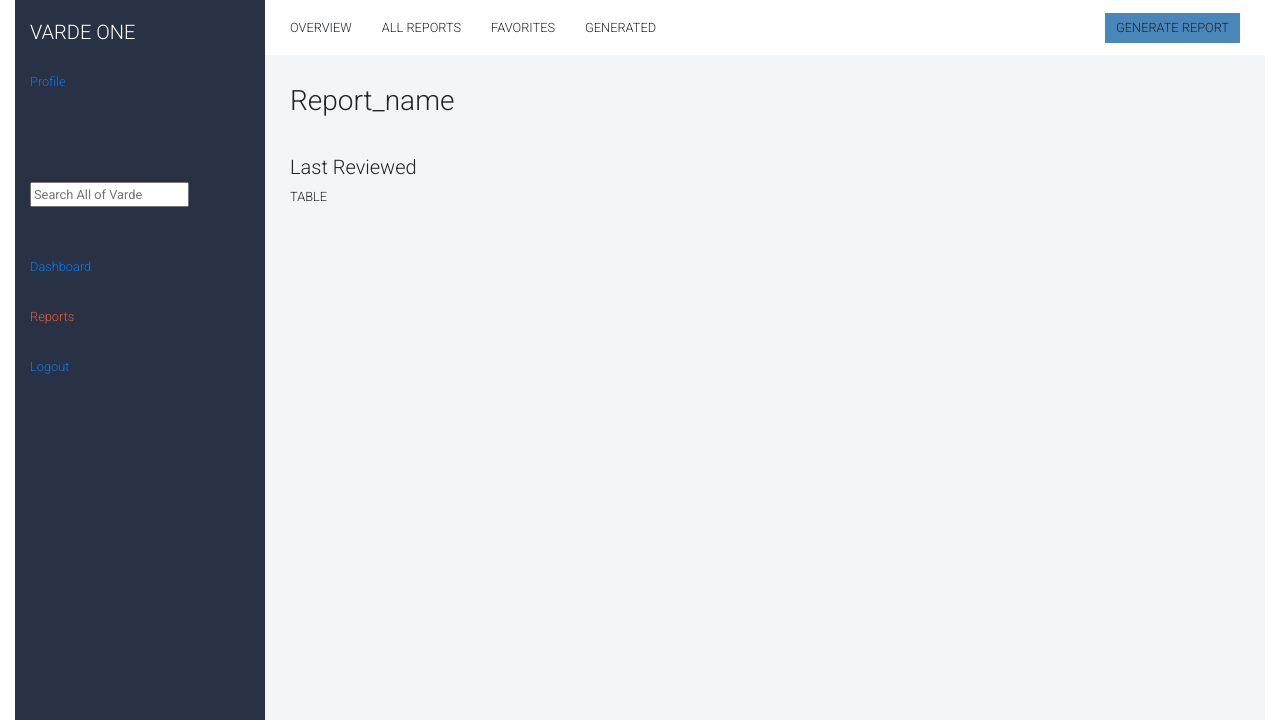
Repository: slavishtipkov/cra-redux
Page: /reports
These files come from the project's save history. The page is drawn as it stood at one moment and after the next save; the edit follows.
The browser window is 1280 px wide. The pictures show the whole page.
The project was rebuilt for these pictures with package versions that can differ from the ones it lists, and the page was loaded fresh each time. Also part of the build but not shown: src/Containers/Reports/reports.scss.

Above is the page before, as saved 2019-07-09 14:15:46.

### src/index.js
import React from "react";
import ReactDOM from "react-dom";
import { BrowserRouter as Router } from "react-router-dom";

import * as serviceWorker from "./serviceWorker";

import "@fortawesome/fontawesome-free/css/all.min.css";
import "bootstrap-css-only/css/bootstrap.min.css";
import "mdbreact/dist/css/mdb.css";

import App from "./Components/App";

import "./index.css";

ReactDOM.render(
  <Router>
    <App />
  </Router>,
  document.getElementById("root")
);

// If you want your app to work offline and load faster, you can change
// unregister() to register() below. Note this comes with some pitfalls.
// Learn more about service workers: https://bit.ly/CRA-PWA
serviceWorker.unregister();

### src/index.css
@import-normalize;

#root {
  max-width: 1360px;
  min-width: 960px;
  margin: 0 auto;
  font-size: 0.8rem;
}

### src/Components/App/App.js
import React, { Suspense, lazy } from "react";
import { Route, Switch } from "react-router-dom";

import SideBar from "../Common/SideBar";

import "./App.scss";

const Login = lazy(() => import("../../Containers/Login"));
const Profile = lazy(() => import("../../Containers/Profile"));
const Dashboard = lazy(() => import("../../Containers/Dashboard"));
const Reports = lazy(() => import("../../Containers/Reports"));
const NotFound = lazy(() => import("../Common/NotFound"));

const App = ({ childProps }) => {
  return (
    <div className="container-fluid">
      <SideBar />
      <Suspense fallback={<div>Loading...</div>}>
        <Switch>
          <Route path="/" exact component={Login} props={childProps} />
          <Route path="/profile" exact component={Profile} props={childProps} />
          <Route
            path="/dashboard"
            exact
            component={Dashboard}
            props={childProps}
          />
          <Route path="/reports" exact component={Reports} props={childProps} />
          <Route component={NotFound} />
        </Switch>
      </Suspense>
    </div>
  );
};

export default App;

### src/Components/App/App.scss
.container-fluid {
  width: 100%;
  height: 100vh;

  display: flex;
  align-items: stretch;

  .side-bar {
    width: 20%;
  }

  .page {
    width: 80%;
    background-color: #f3f5f7;

    .page-header {
      .page-header-nav {
        background-color: #ffffff;
        display: flex;
        justify-content: space-between;

        ul {
          display: flex;
          margin: 0;
          padding: 0;
          height: 55px;
          line-height: 55px;

          padding-left: 25px;

          li {
            display: block;
            margin-right: 30px;

            &:hover {
              color: #4986ba;
              cursor: pointer;
            }
          }
        }

        .generate-report-wrapper {
          align-self: center;
          text-align: center;

          .generate-button {
            margin-right: 25px;
            height: 30px;
            width: 135px;
            background-color: #4986ba;
            line-height: 30px;
            cursor: pointer;
          }
        }
      }
      .page-header-content {
        height: 100px;
        display: flex;
        align-items: center;
        padding-left: 25px;
      }
    }

    .page-content {
      padding-left: 25px;
    }
  }
}

### src/Containers/Reports/index.js
import Reports from "./Reports";

export default Reports;

### src/Components/Common/SideBar/SideBar.js
import React from "react";
import { NavLink } from "react-router-dom";

import "./sideBar.scss";
import { MDBContainer, MDBRow, MDBCol } from "mdbreact";
const SideBar = () => {
  const activeStyle = { color: "#F15B2A" };

  return (
    <nav className="side-bar">
      <h5 className="heading">VARDE ONE</h5>
      <div className="profile-section">
        <NavLink to="/profile" activeStyle={activeStyle}>
          Profile
        </NavLink>
      </div>
      <div className="search-bar">
        <input type="text" placeholder="Search All of Varde" />
      </div>
      <div className="main-links">
        <NavLink to="/dashboard" activeStyle={activeStyle}>
          Dashboard
        </NavLink>
        <NavLink to="/reports" activeStyle={activeStyle} exact>
          Reports
        </NavLink>
      </div>
      <NavLink to="/logout" activeStyle={activeStyle}>
        Logout
      </NavLink>
    </nav>
  );
};

export default SideBar;

### src/Containers/Reports/Reports.js
import React from "react";

import "./reports.scss";

const Reports = () => (
  <div className="reports-page page">
    <div className="reports-page-header page-header">
      <div className="page-header-nav">
        <ul>
          <li>OVERVIEW</li>
          <li>ALL REPORTS</li>
          <li>FAVORITES</li>
          <li>GENERATED</li>
        </ul>
        <div className="generate-report-wrapper">
          <div className="generate-button">GENERATE REPORT</div>
        </div>
      </div>
      <div className="page-header-content">
        <h3>Report_name</h3>
      </div>
    </div>
    <div className="page-content">
      <h5>Last Reviewed</h5>
      <div className="table">TABLE</div>
    </div>
  </div>
);

export default Reports;

### src/Components/Common/SideBar/sideBar.scss
.side-bar {
  display: flex;
  flex-direction: column;

  padding-left: 15px;
  padding-right: 15px;
  background-color: #293244;

  .heading {
    padding-top: 20px;
    padding-bottom: 20px;
    color: white;
  }

  .profile-section {
    height: 90px;
    margin-bottom: 20px;
  }

  .serach-bar {
    padding-top: 20px;
    margin-bottom: 50px;

    input {
      display: inline;
    }
  }

  .main-links {
    display: flex;
    flex-direction: column;
    margin-top: 50px;

    a {
      height: 50px;
      text-decoration: none;
    }
  }
}

Loaded but not shown: public/index.html (common file); src/serviceWorker.js (common file); src/Components/App/index.js (common file); src/Components/Common/SideBar/index.js (common file)

After the next save:
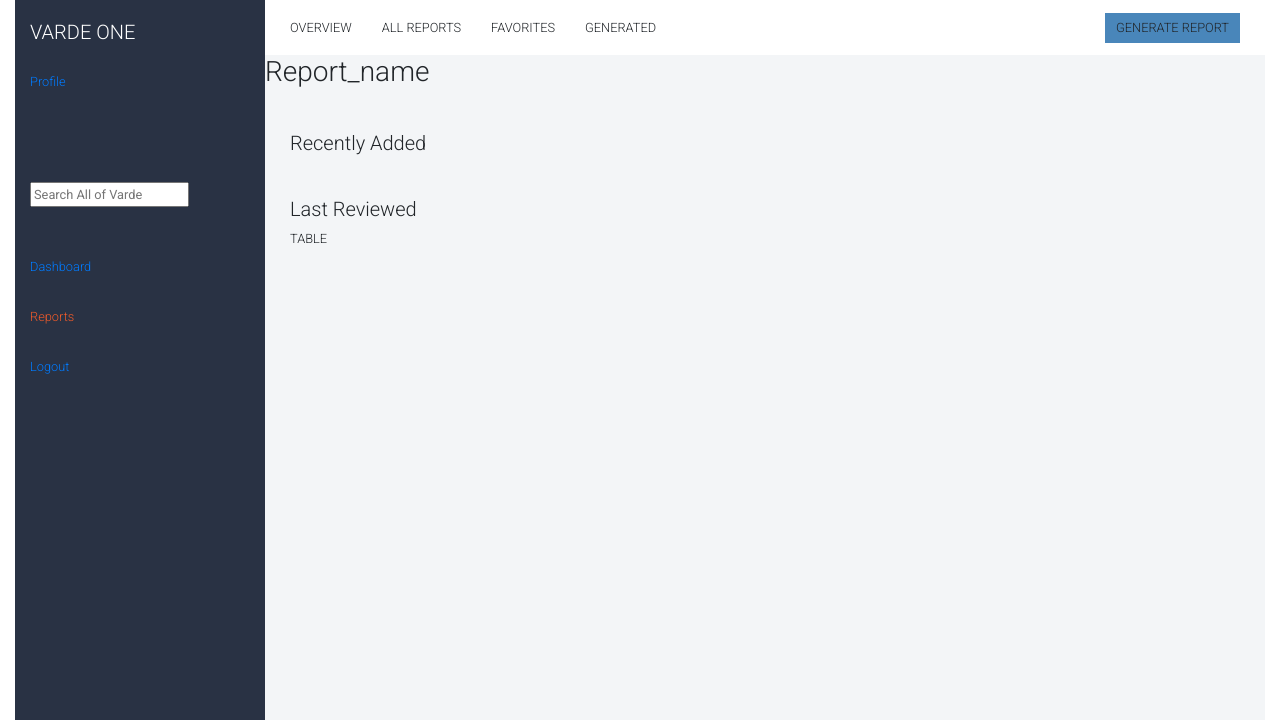
Saved 98 s later.
--- a/src/Containers/Reports/Reports.js
+++ b/src/Containers/Reports/Reports.js
@@ -16,8 +16,13 @@ const Reports = () => (
           <div className="generate-button">GENERATE REPORT</div>
         </div>
       </div>
+      <div className="page-header-heading">
+        <h3>Report_name</h3>
+      </div>
       <div className="page-header-content">
-        <h3>Report_name</h3>
+        <div className="recently-added">
+          <h5>Recently Added</h5>
+        </div>
       </div>
     </div>
     <div className="page-content">
